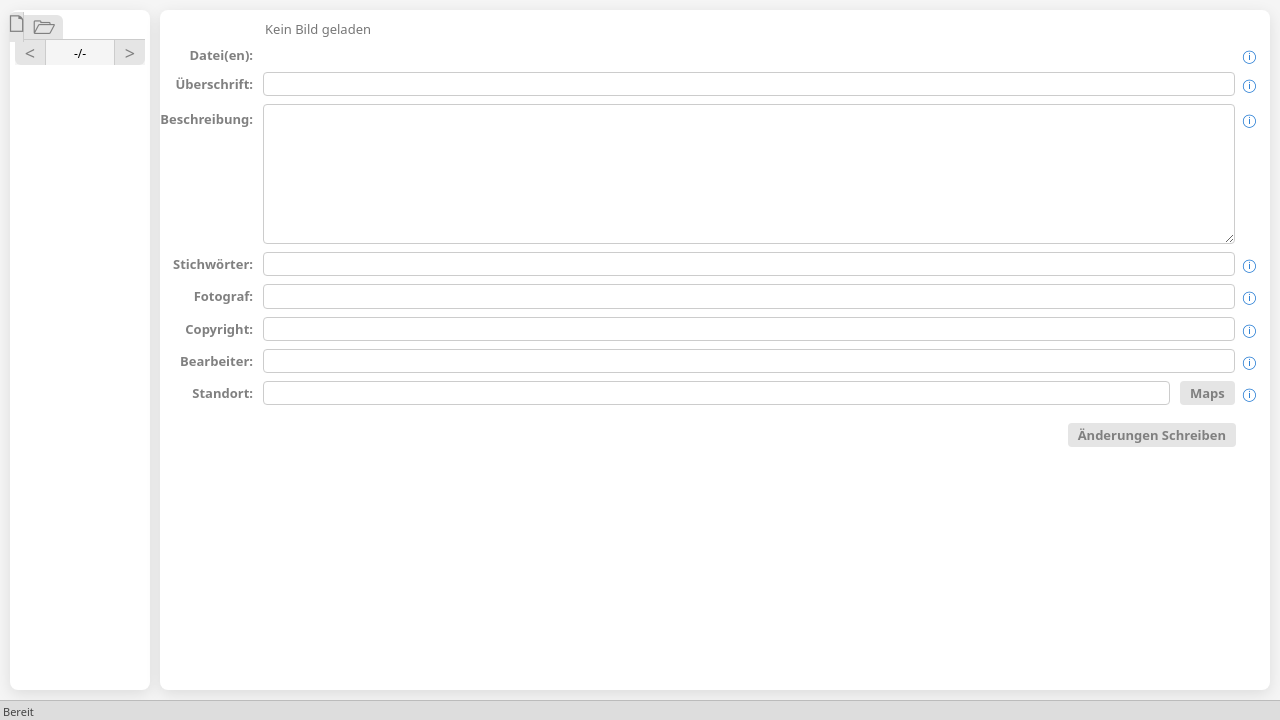
Repository: h-fahle/metadata
Page: ui/index.html
These files come from the project's save history. The page is drawn as it stood at one moment and after the next save; the edit follows.
The browser window is 1280 px wide. The pictures show the whole page.

Above is the page before, as saved 2026-08-27 17:13:46.
Console error: TypeError: Cannot read properties of undefined (reading 'core')

### ui/index.html
<!DOCTYPE html>
<html lang="de">

<head>
	<meta charset="UTF-8">
	<title>Tauri ExifTool Test</title>
	<script src="script.js" defer></script>
	<link rel="stylesheet" href="style.css">
</head>

<body>

	<main id="main-container">

		<!-- Das Vorschaubild links -->
		<aside id="sidebar">

			<div class="split-button-container">
				<div class="main-row">
<span class="tooltip-container">
	<button class="img-select-btn open-files data-ordner="false" data-mehrfach="true">&#x1F5CB;</button>
	<div class="tooltip-box">Einzelne Bilddateien auswählen</div>
</span>
					<button class="img-select-btn open-folder" data-ordner="true" data-mehrfach="false">&#x1F5C1;</button>
				</div>
				<div class="pager-row">
					<button class="pager-btn prev-btn" data-schritt="-1">&lt;</button>
					<div id="img-nummer" class="pager-display">-/-</div>
					<button class="pager-btn next-btn" data-schritt="1"">&gt;</button>
				</div>
			</div>

			<img id="vorschau-bild" src="" style="display:none;" />
			<div id="bild-info" style="text-align:center;">
				<span id="img-datum"></span><br>
				<span id="img-groesse"></span>
			</div>
		</aside>

		<!-- Das Formular rechts -->
		<section id="form-container">

			<div id="ordner-pfad">Kein Bild geladen</div>

			<div class="form-row">
				<label for="filename">Datei(en):</label>
				<div id="dynamischerBereich" style="width: 100%;">
					<!-- Input- / oder Select-Element -->
				</div>
				<div class="tooltip-container">
					<span class="info-icon">ⓘ</span>
					<div class="tooltip-box">Im Einzelmodus: Änderung des Dateinamens bewirkt Umbenennung der Datei.
						Im Stapelmodus: Dateinamen sind nicht änderbar.!
					</div>
				</div>
			</div>

			<div class="form-row">
				<label for="caption">Überschrift:</label>
				<input type="text" id="caption" name="caption" />
				<div class="tooltip-container">
					<span class="info-icon">ⓘ</span>
					<div class="tooltip-box">Auch: (Dokument-)Titel, Schlagzeile, Headline
					</div>
				</div>
			</div>

			<div class="form-row form-row-top">
				<label for="description">Beschreibung:</label>
				<textarea id="description" name="description"></textarea>
				<div class="tooltip-container">
					<span class="info-icon">ⓘ</span>
					<div class="tooltip-box">Beschreibender Text in beliebiger Länge.
						(Im Stapelmodus wird der eingegebene Text
						&nbsp;&nbsp; an vorhandenen angehängt.)
						Hinweis: Einige Programme zeigen nur 2.000 Zeichen
						&nbsp;&nbsp; oder auch weniger an.
					</div>
				</div>
			</div>

			<div class="form-row">
				<label for="keywords">Stichwörter:</label>
				<input type="text" id="keywords" name="keywords" />
				<div class="tooltip-container">
					<span class="info-icon">ⓘ</span>
					<div class="tooltip-box">Komma-separierte Liste. Groß-/Kleinschreibung beachten.
						Im Stapelmodus werden die eingegebenen Stichwörter
						&nbsp;&nbsp; an vorhandene angehängt.
					</div>
				</div>
			</div>

			<div class="form-row">
				<label for="creator">Fotograf:</label>
				<input type="text" id="creator" name="creator" />
				<div class="tooltip-container">
					<span class="info-icon">ⓘ</span>
					<div class="tooltip-box">Urheber, Ersteller, Autor
						(Tags: Artitst, Creator, By-line)
					</div>
				</div>
			</div>

			<div class="form-row">
				<label for="copyright">Copyright:</label>
				<input type="text" id="copyright" name="copyright" />
				<div class="tooltip-container">
					<span class="info-icon">ⓘ</span>
					<div class="tooltip-box">Urheberrechtshinweis; enthält in der Regel:
						Name des Fotografen, Aufnahmejahr und Nutzungsrechte;
						(z.B. 'Copyright [1975] [Mustermann], Alle Rechte vorbehalten')
					</div>
				</div>
			</div>

			<div class="form-row">
				<label for="editor">Bearbeiter:</label>
				<input type="text" id="editor" name="editor" />
				<div class="tooltip-container">
					<span class="info-icon">ⓘ</span>
					<div class="tooltip-box">Verfasser der Metadaten
						(Tags: Caption Writer, Writer Editor)
					</div>
				</div>
			</div>

			<div class="form-row">
				<label for="position">Standort:</label>
				<input type="text" id="position" name="position" />
				<button type="button" class="maps-trigger-btn">Maps</button>
				<div class="tooltip-container">
					<span class="info-icon">ⓘ</span>
					<div class="tooltip-box">GPS-Koordinaten in Dezimalgrad (z.B.: 51.49129, 8.43317).
						Ermitteln der Koordinaten in der Google Maps-Karte:
						&nbsp; 1. mit rechter Maustaste auf den Standort klicken,
						&nbsp; 2. auf die angezeigten Koordinaten klicken,
						&nbsp; 3. der so gespeicherte Wert kann mit Strg+V
						&nbsp;&nbsp;&nbsp;&nbsp;&nbsp;&nbsp; hier eingefügt werden.
					</div>
				</div>
			</div>

			<!-- Button-Leiste -->
			<div class="button-group">
				<button type="button" id="btn-exif-schreiben">Änderungen Schreiben</button>
			</div>

		</section> <!-- Ende der form-containers-->
	</main> <!-- Ende des main-containers -->

	<footer id="statusleiste">
		<div id="status-text">
			Bereit
		</div>
	</footer>


</body>

</html>

### ui/style.css
:root {
	--app-font: system-ui, -apple-system, "Segoe UI", Roboto, Helvetica, Arial, sans-serif;
	--app-font-size: 13px;
}

/* 1. Das App-Fenster exakt auf 100% fixieren (kein äußeres Scrollen) */
html, body {
	margin: 0;
	padding: 0;
	height: 100vh;
	width: 100vw;
	overflow: hidden; /* Verhindert jegliche äußere Scrollbalken */
	background: #f5f5f5;
	display: flex;
	flex-direction: column; /* Hauptinhalt oben, Statusleiste unten */
	font-family: var(--app-font);
	font-size: var(--app-font-size);
}

input,
textarea,
button,
selectx {
	font-family: var(--app-font) !important;
	font-size: var(--app-font-size) !important;
}

/* Allumfassender Box-Sizing-Fix für die gesamte App */
*, *::before, *::after {
	box-sizing: border-box;
}

/* 2. Der Hauptbereich füllt den gesamten oberen Platz aus --------------------------- */
#main-container {
	flex: 1;
	display: flex;
	flex-direction: row; /* Elemente nebeneinander */
	gap: 10px;
	padding: 10px;
	overflow: hidden; /* Verhindert, dass Riesen-Inhalte das Fenster sprengen */
}

/* 3. LINKS: Die Sidebar mit fester Breite */
#sidebar {
	width: 140px;
	min-width: 140px; /* Lässt die Sidebar niemals schrumpfen */
	background-color: #ffffff;
	border-radius: 8px;
	padding: 5px;
	box-shadow: 0 4px 15px rgba(0, 0, 0, 0.1);
}

#vorschau-bild {
	max-width: 130px;
	margin: 15px auto;
	height: auto;
}

/* 4. RECHTS: Das Formular nimmt den gesamten Rest ein und wächst mit */
#form-container {
	flex: 1; /* Nimmt 100% des restlichen Platzes ein */
	min-width: 0; /* Erlaubt Flexbox, die Box bei Bedarf zu verkleinern */
	background-color: #ffffff;
	border-radius: 8px;
	padding: 10px;
	display: flex;
	flex-direction: column;
	gap: 8px;
	box-shadow: 0 4px 15px rgba(0, 0, 0, 0.1);
}

#ordner-pfad {
	margin-left: 95px !important;
	color: #777777;
}

/* Jede Zeile wird zu einer horizontalen Flexbox */
.form-row {
	display: flex !important;
	flex-direction: row;
	align-items: center; /* Richtet Label und Input vertikal mittig zueinander aus */
	gap: 10px;           /* Abstand zwischen Label und Input */
	width: 100%;
}

/* Die Labels bekommen eine feste Breite, damit alle Inputs sauber untereinander starten */
.form-row label {
	width: 95px;         /* Breite je nach längstem Label-Text anpassen */
	min-width: 95px;     /* Verhindert, dass das Label zusammengedrückt wird */
	text-align: right;   /* Optional: Richtet den Text rechtsbündig zum Input aus */
	color: gray;
	font-weight: bold;
	margin-left: -12px;
}

/* Die Eingabefelder füllen jetzt den gesamten restlichen Platz der Zeile aus */
.form-row input,
.form-row textarea {
	flex: 1;             /* Zwingt das Input-Feld, den Rest der Zeile einzunehmen */
	width: 100%;
	min-width: 0;        /* Erlaubt dem Input, bei sehr kleinen Fenstern stabil zu schrumpfen */
	border: 1px solid #ccc;
	border-radius: 4px;
	padding: 2px;
	line-height: 1.4;
	-webkit-font-smoothing: antialiased;
	outline: none;
}

.form-row select {
  /* 1. Setzt das native Design auf ALLEN Plattformen zurück */
  -webkit-appearance: none; /* Für Chrome, Safari, WebKitGTK, Edge, Opera */
  -moz-appearance: none;    /* Für Firefox */
  appearance: none;         /* Der moderne, offizielle W3C-Standard */

  /* 2. Plattformübergreifender Text-Fix für Unterlängen (g, j, y) */
  line-height: 1.4;           /* 1.5 bietet genug Puffer für Linux- & Windows-Fonts */
  padding: 2px; /* Rechts Platz für den eigenen Pfeil */
  width: 100%;
  height: 24px;

  /* 3. Textglättung für macOS, Windows und Linux */
  -webkit-font-smoothing: antialiased;
  -moz-osx-font-smoothing: grayscale;

  /* 4. tandard-Design für die Box */
  background-color: #ececec;
  border: 1px solid #ccc;
  border-radius: 4px;
  box-sizing: border-box;    /* Verhindert Layout-Verschiebungen */
  outline: none;
  color: gray;
}

.form-row textarea {
	min-height: 140px;
}
.form-row input:focus-visible,
.form-row textarea:focus-visible {
	outline: 2px solid gray;
}

/* Ändert die Ausrichtung für die Textarea-Zeile nach oben */
.form-row-top {
	align-items: flex-start !important; /* Richtet Label, Textarea und Icon oben aus */
}
.form-row-top label,
.form-row-top .tooltip-container {
	padding-top: 6px; /* Verhindert, dass das Label zu weit oben klebt */
}


/* 5. UNTEN: Die Statusleiste mit fixer Höhe und eigenem Scrollbalken */
#statusleiste {
	height: 20px;  /* Feste Höhe für ca. 2 Zeilen Text */
	min-height: 20px;
	border-top: 1px solid #bbb;
	background-color: #ddd;
	font-size: 11px;
	color: #444;
	padding: 3px;
	overflow-y: auto;  /* Vertikaler Scrollbalken erscheint NUR bei Bedarf */
	overflow-x: hidden;  /* Verhindert horizontales Scrollen in der Statusleiste */
	-webkit-font-smoothing: antialiased;
}


/* Bedien-Elemente -------------------------------------------- */
button {
	padding: 3px 10px;
	font-weight: bold;
	cursor: pointer;
	border: none;
	background-color:#e5e5e5;
	color: gray;
}
button:hover {
	background-color: gray;
	color: white;
}
.button-group button,
.form-row button {
	border-radius: 4px;
}

	/* ------------------------------------------------------------------------------ */
	/* Container hält die Steuer-Buttons zusammen */
	.split-button-container {
	  display: inline-flex;
	  flex-direction: column;
	  position: relative;
	  font-family: system-ui, -apple-system, sans-serif;
	  width:130px;
	}

	/* Obere Reihe */
	.main-row {
	  height: 25px;
	  display: flex;
	  border-bottom: 1px solid #ccc; /* Trennlinie zur zweiten Reihe */
	}

	/* Untere Reihe */
	.pager-row {
	  height: 25px;
	  display: flex;
	  align-items: center;
	  background-color: #f5f5f5;
	}

	/* Gemeinsames Design für die Button-Teile */
	.open-files,
	.open-folder,
	.prev-btn,
	.next-btn {
	  font-size: 18px  !important;
	  padding: 0;
	  cursor: pointer;
	  transition: background-color 0.2s;
	}
	.prev-btn,
	.next-btn {
		font-weight: normal;
	}

	/* Hauptbutton oben links */
	.open-files {
	  width: 100%;
	  border-top-left-radius: 6px;
	  border-right: 1px solid #ccc
	}

	/* Pfeilbutton oben rechts */
	.open-folder {
	  width: 30%;
	  border-top-right-radius: 6px;
	}

	/* Blätter-Buttons unten links und rechts */
	.pager-btn {
	  width: 30px;
	  height: 100%;
	  display: flex;
	  align-items: center;
	  justify-content: center;
	  transition: background-color 0.2s;
	}
	.prev-btn {
		border-bottom-left-radius: 6px;
	}
	.next-btn {
		border-bottom-right-radius: 6px;
	}

	.pager-display {
	  height: 100%;
	  flex-grow: 1; /* Nimmt den gesamten Platz in der Mitte ein */
	  text-align: center;
	  font-size: 12px;
	  padding: 5px 0;
	  border-left: 1px solid #ccc;
	  border-right: 1px solid #ccc;
	  user-select: none; /* Verhindert versehentliches Markieren beim Klicken */
	}



/* Der Absendeknopf richtet sich nach den Eingabefeldern aus */
.button-group {
	display: flex;
	justify-content: flex-end;
	margin: 10px 24px 0 0;
}

.button-group button {
	margin-left: 5px;
}


/* Tooltip ---------------------------------------------------------- */

/* Container für das Icon und die Box */
.tooltip-container {
	position: relative; /* Wichtig, damit sich die Box am Icon ausrichtet */
	display: inline-flex;
	align-items: center;
	cursor: help;       /* Zeigt das Fragezeichen/Hilfe-Symbol als Mauszeiger */
	margin-left: -6px;
}

/* Das Info-Icon selbst */
.info-icon {
	color: #0066cc;     /* Schönes Info-Blau */
	padding: 0 4px;
	font-size: 13px;
}

.tooltip-box {
	display: none;
	position: fixed;

	width: max-content;
	max-width: 400px;      /* Verhindert, dass der Tooltip bei sehr viel Text das Fenster sprengt */
	white-space: pre-line;

	background-color: lightyellow;
	color: black;
	border: 1px solid gray;
	padding: 2px 4px;
	border-radius: 6px;
	font-size: 11px;
	line-height: 1.4;
	box-shadow: 0 4px 10px rgba(0, 0, 0, 0.2);
	z-index: 1001;   /* Über der Statusleiste (1000), falls sie sich überschneiden */

  	/* Verschiebt den Tooltip komplett nach links,
     sodass seine rechte Kante am Cursor sitzt */
 	transform: translate(-100%, 40%);

	/* Animation & Verstecken */
	transition: opacity 0.2s ease-in-out, visibility 0.2s;
	pointer-events: none; /* Verhindert, dass die Box beim unabsichtlichen Drüberfahren flackert */
}

/* Zeige den Tooltip nur, wenn die Maus über dem Container ist */
.tooltip-container:hover .tooltip-box {
  display: block;
}

Loaded but not shown: ui/script.js (421 lines, source omitted)

After the next save:
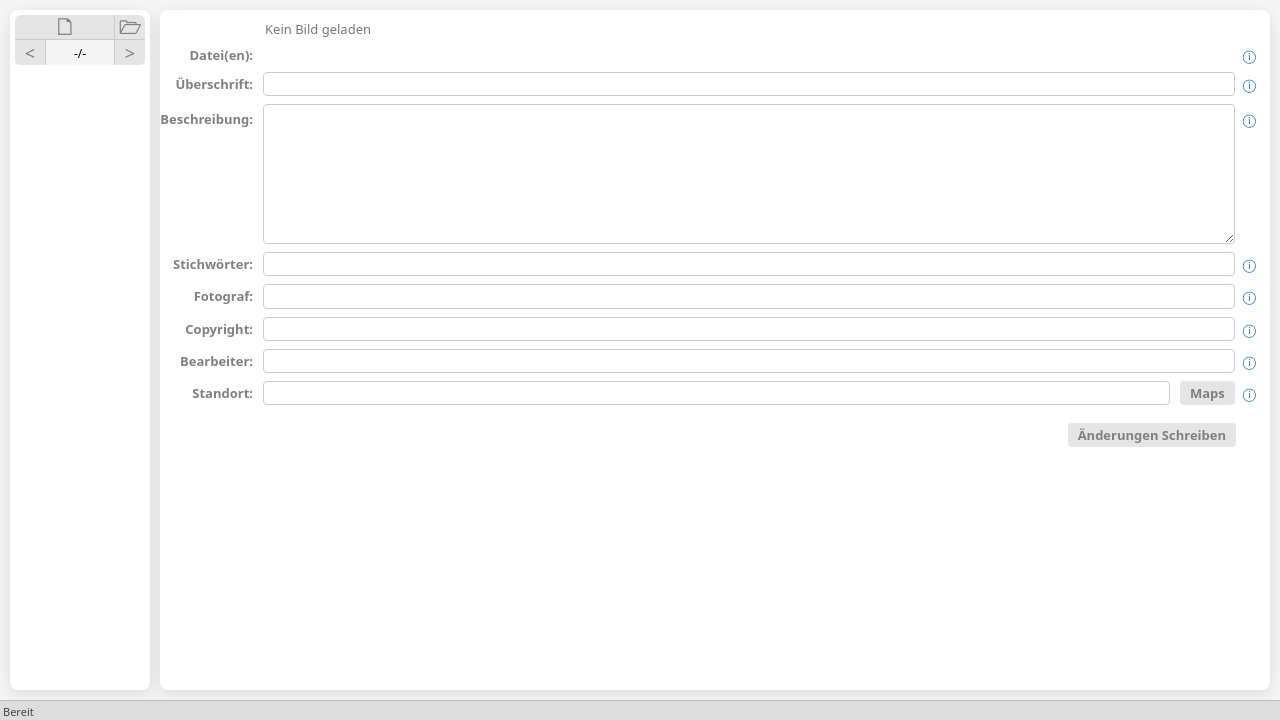
Saved 71 s later.
--- a/ui/index.html
+++ b/ui/index.html
@@ -17,10 +17,7 @@
 
 			<div class="split-button-container">
 				<div class="main-row">
-<span class="tooltip-container">
-	<button class="img-select-btn open-files data-ordner="false" data-mehrfach="true">&#x1F5CB;</button>
-	<div class="tooltip-box">Einzelne Bilddateien auswählen</div>
-</span>
+					<button class="img-select-btn open-files data-ordner="false" data-mehrfach="true">&#x1F5CB;</button>
 					<button class="img-select-btn open-folder" data-ordner="true" data-mehrfach="false">&#x1F5C1;</button>
 				</div>
 				<div class="pager-row">
